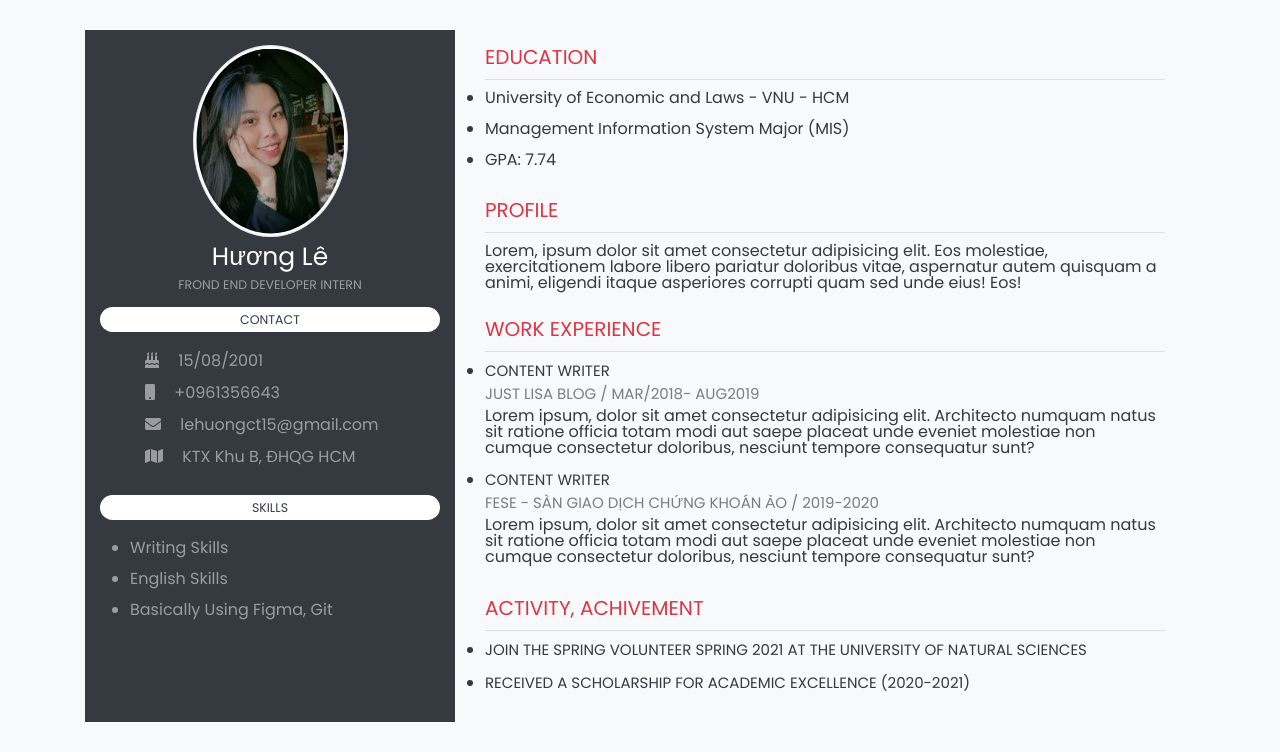
Repository: huongle158/cvhuongle
Page: index.html
The author's editor kept a copy of each file at every save. The page is drawn from the files as they stood at one save, then again after the next save.
The browser window is 1280 px wide. The pictures show the whole page.
Some web libraries are served in a nearby version.

Above is the page before, as saved 2021-12-13 00:08:46.

After the next save:
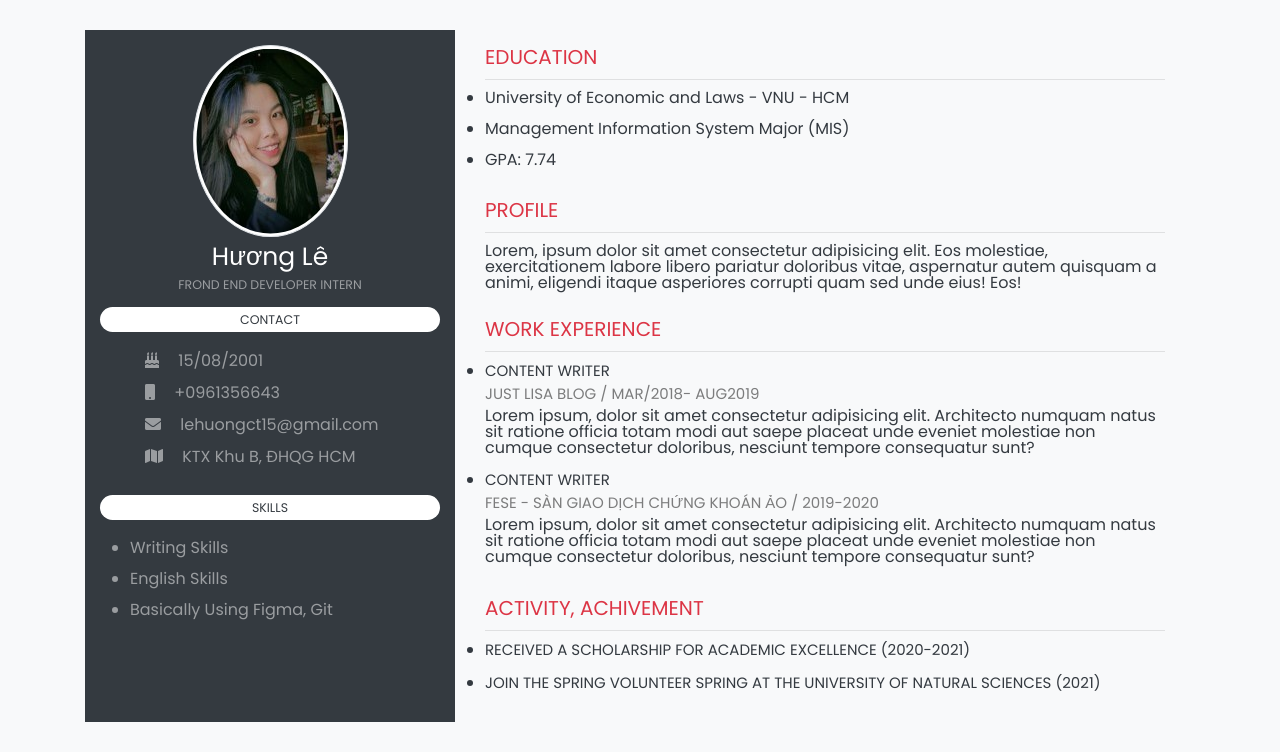
Saved 46 s later.
--- a/index.html
+++ b/index.html
@@ -114,11 +114,12 @@
                 <h2 class="text-uppercase text-danger">Activity, Achivement</h2>
                 <hr>
                 <ul class="list">
-                <li class="list-item mb-4">
-                    <h4 class="display-6 text-uppercase">Join the Spring Volunteer Spring 2021 at the University of Natural Sciences</h4>
-                </li>
+
                  <li class="list-item mb-4">
                     <h4 class="display-6 text-uppercase">Received a scholarship for academic excellence (2020-2021)</h4>
+                </li>
+                <li class="list-item mb-4">
+                    <h4 class="display-6 text-uppercase">Join the Spring Volunteer Spring at the University of Natural Sciences (2021)</h4>
                 </li>
 
               </ul>
